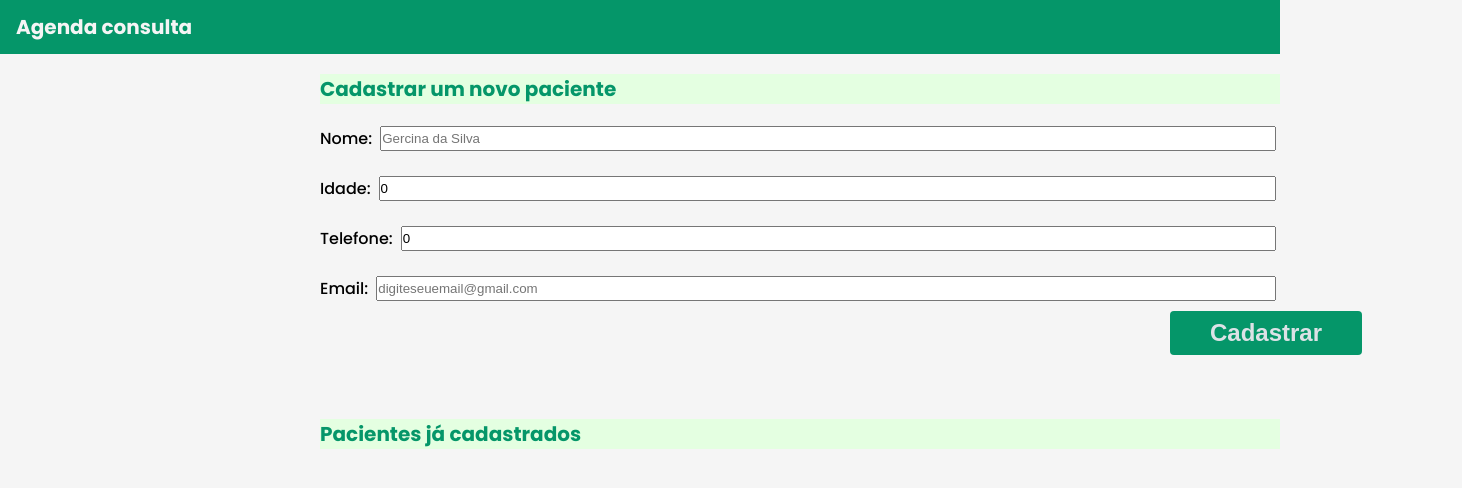
Repository: BarbaraCD/agendaconsulta
Page: /
An editor plug-in stored every save of this project. The page is shown before and after the next save, followed by the edit.
The browser window is 1280 px wide. The page is 1362 px wide, then 1462 px, so the pictures cover 1462 px, including what lies to the right of the window. The pictures show the whole page.
The page's requests for data from a server got no answer. The project was rebuilt for these pictures with package versions that can differ from the ones it lists, and the page was loaded fresh each time. No one was signed in, and anything a server would have sent is missing. Also part of the build but not shown: vite.config.ts, src/styles/StyleList.ts, src/components/Patients.tsx.

Above is the page before, as saved 2023-07-31 09:25:18.

After the next save:
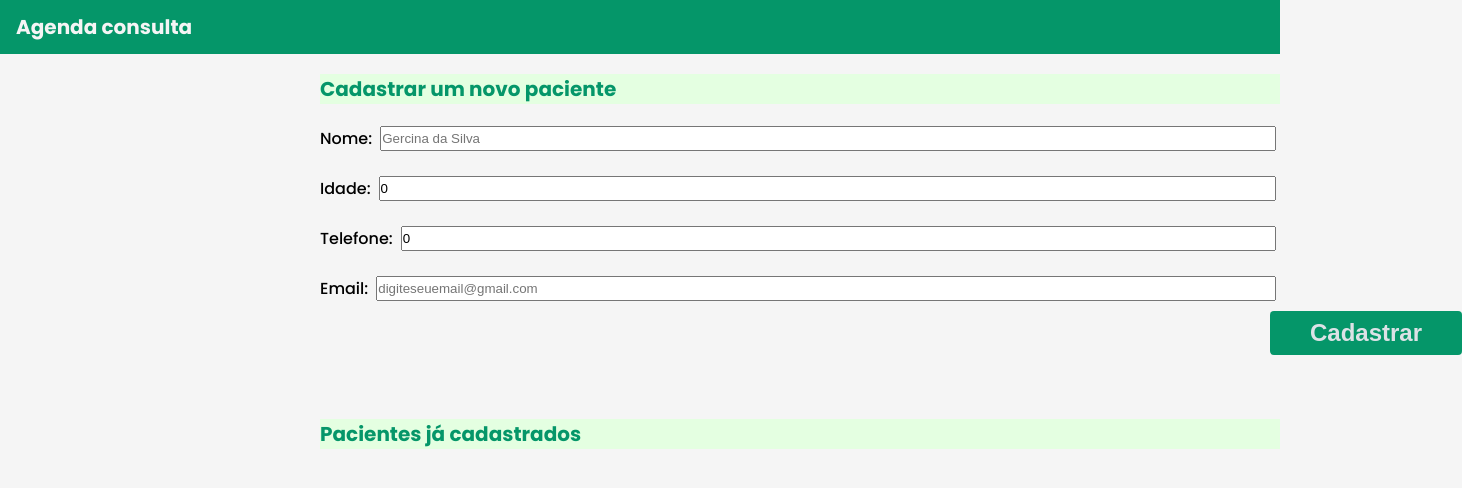
Saved 4 s later.
--- a/src/components/SubmitButton.tsx
+++ b/src/components/SubmitButton.tsx
@@ -7,7 +7,7 @@ interface SubmitButtonProps {
 const StyledButton = styled.button`
   padding: 8px;
   width: 15vw;
-  margin-left: 850px;
+  margin-left: 950px;
   border-radius: 4px;
   color: ${(props) => props.theme.colors.sbcolor};
   border: none;
